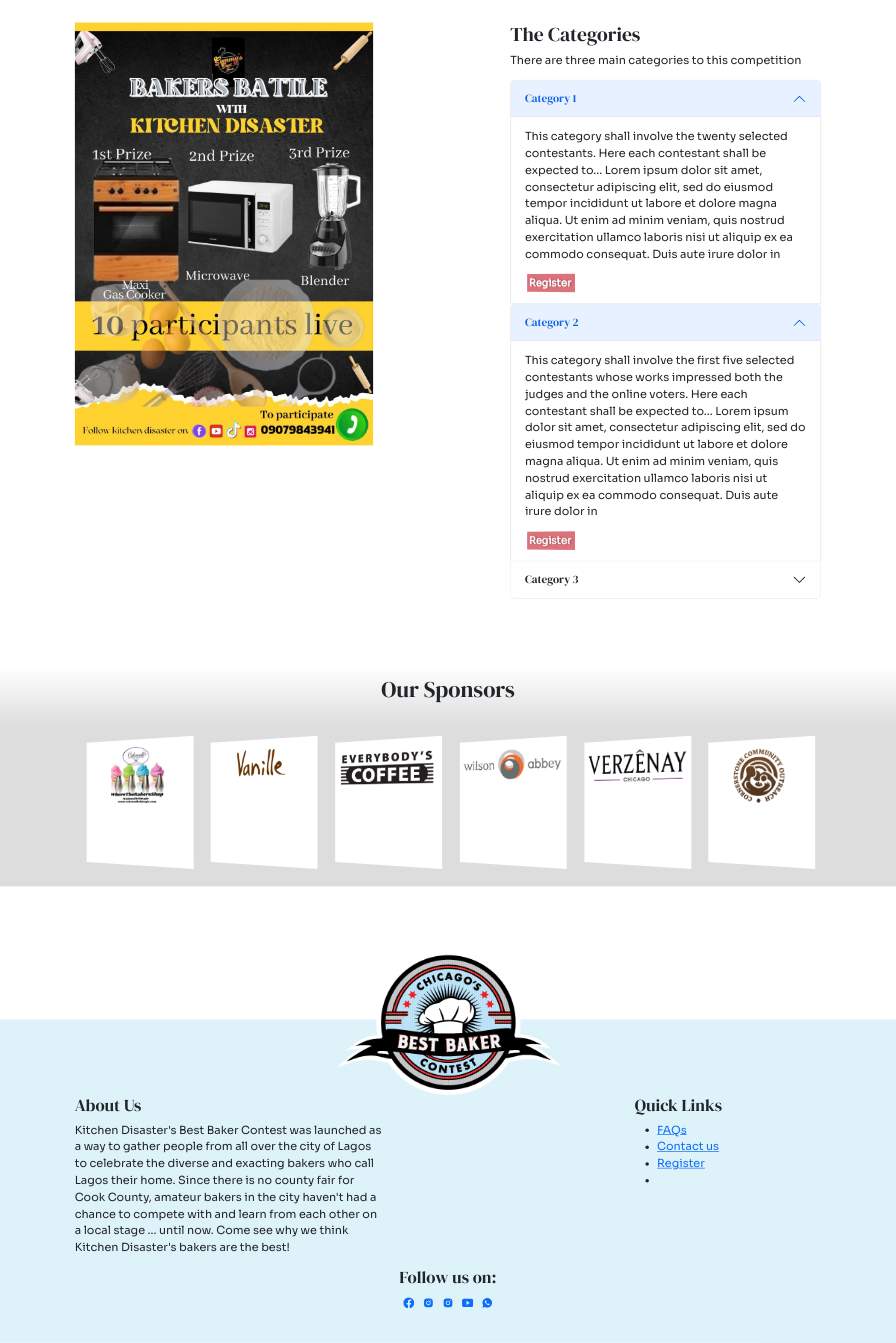
Repository: sarahnnanyelugo/bakers-battle
Page: /
An editor plug-in stored every save of this project. The page is shown before and after the next save, followed by the edit.
The browser window is 1280 px wide. The pictures show the part of the page from y = 2076 to 3996 px (the page is 3994 px tall before and 3996 px after), at 70% of full size.
The project was rebuilt for these pictures with package versions that can differ from the ones it lists, and the page was loaded fresh each time. Also part of the build but not shown: src/components/ScreenSlide/slide.scss, src/components/ScreenSlide/ScreenSlide.js.

Above is the page before, as saved 2024-07-09 20:54:09.

### src/App.js
import logo from "./logo.svg";
import "./App.scss";
import "bootstrap/dist/css/bootstrap.min.css";
import { BrowserRouter, Routes, Route, Link, Outlet } from "react-router-dom";
import { Home } from "./pages/Home/Home";
import { Navbar } from "./components/Navbar/Navbar";
import { Footer } from "./components/Footer/Footer";
function App() {
  return (
    <>
      <Navbar />
      <Routes>
        <Route path="/" element={<Home />} />{" "}
      </Routes>
      <Footer />
    </>
  );
}

export default App;

### src/App.scss
.app-btn {
  color: #fff;
  background: #dc727c;
  padding: 5px 30px;
  border-radius: 10px;
  border: solid 4px #dc727c;
  font-size: 30px;
  &:hover {
    color: #dc727c;
    background: #fff;
    transition: 0.5s ease;
  }
}

.button-92 {
  --c: #fff;

  background: linear-gradient(90deg, #0000 33%, #fff5, #0000 67%)
      var(--_p, 100%) / 300% no-repeat,
    #dc727c;

  color: #0000;
  border: none;
  transform: perspective(500px) rotateY(calc(20deg * var(--_i, -1)));
  text-shadow: calc(var(--_i, -1) * 0.08em) -0.01em 0 var(--c),
    calc(var(--_i, -1) * -0.08em) 0.01em 2px #0004;
  outline-offset: 0.1em;
  transition: 0.3s;
}

.button-92:hover,
.button-92:focus-visible {
  --_p: 0%;
  --_i: 1;
}

.button-92:active {
  text-shadow: none;
  color: var(--c);
  box-shadow: inset 0 0 9e9Q #0005;
  transition: 0s;
}

.button-92 {
  font-weight: bold;
  font-size: 2rem;
  margin: 0;
  cursor: pointer;
  padding: 0.1em 0.3em;
}

.button-48 {
  appearance: none;
  background-color: #ffffff;
  border-width: 0;
  box-sizing: border-box;
  color: #000000;
  cursor: pointer;
  display: inline-block;
  font-size: 14px;
  font-weight: 500;
  letter-spacing: 0;
  line-height: 1em;
  margin: 0;
  opacity: 1;
  outline: 0;
  padding: 1.5em 4px;
  position: relative;
  text-align: center;
  text-decoration: none;
  text-rendering: geometricprecision;
  text-transform: uppercase;
  transition: opacity 300ms cubic-bezier(0.694, 0, 0.335, 1),
    background-color 100ms cubic-bezier(0.694, 0, 0.335, 1),
    color 100ms cubic-bezier(0.694, 0, 0.335, 1);
  user-select: none;
  -webkit-user-select: none;
  touch-action: manipulation;
  vertical-align: baseline;
  white-space: nowrap;
}

.button-48:before {
  animation: opacityFallbackOut 0.5s step-end forwards;
  backface-visibility: hidden;
  background-color: #ebebeb;
  clip-path: polygon(-1% 0, 0 0, -25% 100%, -1% 100%);
  content: "";
  height: 100%;
  left: 0;
  position: absolute;
  top: 0;
  transform: translateZ(0);
  transition: clip-path 0.5s cubic-bezier(0.165, 0.84, 0.44, 1),
    -webkit-clip-path 0.5s cubic-bezier(0.165, 0.84, 0.44, 1);
  width: 100%;
}

.button-48:hover:before {
  animation: opacityFallbackIn 0s step-start forwards;
  clip-path: polygon(0 0, 101% 0, 101% 101%, 0 101%);
}

.button-48:after {
  background-color: #ffffff;
}

.button-48 span {
  z-index: 1;
  position: relative;
}
@font-face {
  font-family: SoraM;
  src: url(./assets/fonts/sora/Sora-Medium.ttf);
}
@font-face {
  font-family: SoraB;
  src: url(./assets/fonts/sora/Sora-Bold.ttf);
}
@font-face {
  font-family: SoraEB;
  src: url(./assets/fonts/sora/Sora-ExtraBold.ttf);
}
@font-face {
  font-family: SoraR;
  src: url(./assets/fonts/sora/Sora-Regular.ttf);
}
@font-face {
  font-family: SoraSB;
  src: url(./assets/fonts/sora/Sora-SemiBold.ttf);
}
@font-face {
  font-family: SoraL;
  src: url(./assets/fonts/sora/Sora-Light.ttf);
}
@font-face {
  font-family: SerifR;
  src: url(./assets/fonts/serif/DMSerifDisplay-Regular.ttf);
}
@font-face {
  font-family: SerifI;
  src: url(./assets/fonts/serif/DMSerifDisplay-Italic.ttf);
}
h1,
h2,
h3,
h4,
h5,
h6 {
  font-family: SerifR;
}

p,
li,
a,
small {
  font-family: SoraR;
}
button {
  font-family: SoraSB;
}

### src/components/Navbar/Navbar.js
import React, { useState } from "react";
import "./navbar.scss";
import Logo from "../../assets/images/logo.png";
import Flier from "../../assets/images/flier2.jpeg";
export const Navbar = () => {
  const [isOpen, setIsOpen] = useState(false);
  const [hoveredElement, setHoveredElement] = useState(null);

  const toggleMenu = () => {
    setIsOpen(!isOpen);
  };

  const handleMouseEnter = (index) => {
    setHoveredElement(index);
  };

  const handleMouseLeave = () => {
    setHoveredElement(null);
  };

  return (
    <>
      <div style={{ height: "30px", background: "#DC727C" }} />
      <div style={{ height: "10px", background: "#DEF2FA" }} />
      <main>
        <img
          className="img"
          src={Logo}
          alt="Scholar"
          width="164px"
          height="110px"
        />
        <center>
          {" "}
          <h1 style={{ color: "#7BD6F5", fontSize: "90px" }}>
            <em>BAKERS BATTLE!</em>
          </h1>
        </center>

        <input type="checkbox" id="myInput" />
        <label for="myInput" className="offset-md-11 tog">
          <span class="bar top"></span>
          <span class="bar middle"></span>
          <span class="bar bottom"></span>
        </label>

        <aside>
          <div class="aside-section aside-left col-md-4">
            <div class="aside-content">
              <img
                className="img col-md-12 offset-md-"
                src={Flier}
                alt="Scholar"
                width="100%"
              />
            </div>
          </div>
          <div class="aside-section aside-right col-md-8">
            <ul class="aside-list">
              <li>
                <a href="" class="aside-anchor">
                  HOME
                </a>
              </li>
              <li>
                <a href="" class="aside-anchor">
                  ABOUT
                </a>
              </li>
              <li>
                <a href="" class="aside-anchor">
                  FAQs
                </a>
              </li>
              <li>
                <a href="" class="aside-anchor">
                  SPONSORS
                </a>
              </li>{" "}
              <li>
                <a href="" class="aside-anchor">
                  CONTACT
                </a>
              </li>
              <li>
                <a href="" class="aside-anchor">
                  REGISTER
                </a>
              </li>
            </ul>
          </div>
        </aside>
      </main>
    </>
  );
};

### src/components/Footer/Footer.js
import React from "react";
import "./footer.scss";
import Logo from "../../assets/images/logo.png";
import { Link } from "react-router-dom";
import { FaFacebook } from "react-icons/fa";
import { AiFillInstagram } from "react-icons/ai";
import { IoLogoYoutube } from "react-icons/io";
import { IoLogoWhatsapp } from "react-icons/io";

export const Footer = () => {
  return (
    <footer>
      <center>
        <div className="col-md-3">
          <img className="img" src={Logo} alt="Scholar" width="100%" />
        </div>
      </center>{" "}
      <div className="d-flex col-md-10 offset-md-1">
        <div className="col-md-5">
          <h4>About Us</h4>
          <p>
            Kitchen Disaster's Best Baker Contest was launched as a way to
            gather people from all over the city of Lagos to celebrate the
            diverse and exacting bakers who call Lagos their home. Since there
            is no county fair for Cook County, amateur bakers in the city
            haven't had a chance to compete with and learn from each other on a
            local stage ... until now. Come see why we think Kitchen Disaster's
            bakers are the best!
          </p>
        </div>
        <div className="col-md-2 offset-md-4">
          <h4>Quick Links</h4>
          <ul>
            <li>
              <Link to={"/"}>FAQs</Link>
            </li>{" "}
            <li>
              <Link to={"/"}>Contact us</Link>
            </li>{" "}
            <li>
              <Link to={"/"}>Register</Link>
            </li>{" "}
            <li>
              <Link to={"/"}></Link>
            </li>
          </ul>
        </div>
      </div>
      <center>
        <h4>Follow us on:</h4>
        <ul className="list-inline">
          <li className="list-inline-item">
            <Link to={"/"}>
              <FaFacebook />
            </Link>
          </li>{" "}
          <li className="list-inline-item">
            <Link to={"/"}>
              <AiFillInstagram />
            </Link>
          </li>{" "}
          <li className="list-inline-item">
            <Link to={"/"}>
              <AiFillInstagram />
            </Link>
          </li>{" "}
          <li className="list-inline-item">
            <Link to={"/"}>
              <IoLogoYoutube />
            </Link>
          </li>{" "}
          <li className="list-inline-item">
            <Link to={"/"}>
              <IoLogoWhatsapp />
            </Link>
          </li>
        </ul>
      </center>
    </footer>
  );
};

### src/pages/Home/home.scss
.home-div {
  height: 700px;
  //   background: url("../../assets/images/landing.webp");
  background: url("../../assets/images/landing4.jpg");
  margin-top: -800px;
  background-size: cover;
  background-repeat: no-repeat;
  background-position: center;
}
.about-div {
  margin-top: 100px;
}

.sponsors-div {
  margin-top: 80px;
  padding-top: 30px;
  padding-bottom: 30px;
  background: rgb(255, 255, 255);
  background: linear-gradient(
    180deg,
    rgba(255, 255, 255, 1) 5%,
    rgba(221, 221, 221, 1) 31%
  );
  .sponsors {
    padding-top: 10px;
    margin-top: 45px;
    height: 180px;
    background: #fff;
    background: linear-gradient(90deg, #0000 33%, #fff5, #0000 67%)
        var(--_p, 100%) / 300% no-repeat,
      #fff;
    transform: perspective(500px) rotateY(calc(20deg * var(--_i, -1)));
    text-shadow: calc(var(--_i, -1) * 0.08em) -0.01em 0 var(--c),
      calc(var(--_i, -1) * -0.08em) 0.01em 2px #0004;
    outline-offset: 0.1em;
    &:hover {
      --_p: 0%;
      --_i: 1;
    }
  }
}

### src/components/Navbar/navbar.scss
@import url("https://fonts.googleapis.com/css?family=Montserrat");

main {
  height: 800px;
  position: relative;
  overflow: hidden;
}

.aside-section {
  top: 0;
  bottom: 0;
  position: absolute;
}

.aside-left {
  display: none;
  width: 40%;
  left: 0;
  background: #dc727c;

  -webkit-transform: translateY(-100%);
  -moz-transform: translateY(-100%);
  -ms-transform: translateY(-100%);
  -o-transform: translateY(-100%);
  transform: translateY(-100%);
  transition: transform 0.9s ease-in-out;
}

.aside-right {
  width: 100%;
  right: 0;
  background-color: #def2fa;
  -webkit-transform: translateX(100%);
  -moz-transform: translateX(100%);
  -ms-transform: translateX(100%);
  -o-transform: translateX(100%);
  transform: translateX(100%);
  transition: transform 0.9s ease-in-out;
}

.aside-list {
  list-style: none;
  padding: 0;
  margin: 0;
  margin-top: 150px;
  text-align: left;
  padding-left: 50px;
}

.aside-content {
  //   margin-top: 150px;
  padding: 0 40px;
  position: relative;
  color: white;
  text-align: center;
}

.aside-list li {
  margin-bottom: 20px;
}

.aside-anchor::after {
  content: "";
  position: absolute;
  bottom: 0;
  background-color: #ff5964;
  left: 0;
  right: 0;
  height: 6px;
  border-radius: 6px;
}

.aside-anchor::before {
  border-radius: 3px;
  content: "";
  position: absolute;
  bottom: 0;
  background-color: rgb(9, 1, 1);
  left: 0;
  height: 6px;
  z-index: 1;
  width: 50%;
  -webkit-transition: transform 0.2s ease-in-out;
  -o-transition: transform 0.2s ease-in-out;
  transition: transform 0.2s ease-in-out;
}

.aside-anchor:hover:before {
  -webkit-transform: translateX(100%);
  -moz-transform: translateX(100%);
  -ms-transform: translateX(100%);
  -o-transform: translateX(100%);
  transform: translateX(100%);
}

.aside-anchor {
  padding-bottom: 7px;
  color: rgb(14, 14, 14);
  text-decoration: none;
  font-size: 30px;
  position: relative;
  font-weight: 500;
}

input[type="checkbox"] {
  display: none;
}

input[type="checkbox"]:checked ~ aside .aside-left {
  transform: translateY(0%);
}

input[type="checkbox"]:checked ~ aside .aside-right {
  transform: translateX(0%);
}

input[type="checkbox"]:checked ~ label .bar {
  background-color: #fff;
}

input[type="checkbox"]:checked ~ label .top {
  -webkit-transform: translateY(0px) rotateZ(45deg);
  -moz-transform: translateY(0px) rotateZ(45deg);
  -ms-transform: translateY(0px) rotateZ(45deg);
  -o-transform: translateY(0px) rotateZ(45deg);
  transform: translateY(0px) rotateZ(45deg);
}

input[type="checkbox"]:checked ~ label .bottom {
  -webkit-transform: translateY(-15px) rotateZ(-45deg);
  -moz-transform: translateY(-15px) rotateZ(-45deg);
  -ms-transform: translateY(-15px) rotateZ(-45deg);
  -o-transform: translateY(-15px) rotateZ(-45deg);
  transform: translateY(-15px) rotateZ(-45deg);
}

input[type="checkbox"]:checked ~ label .middle {
  width: 0;
}

.middle {
  margin: 0 auto;
}

label {
  top: 40px;
  display: inline-block;
  padding: 10px 10px;
  background-color: transparent;
  cursor: pointer;
  margin: 10px;
  z-index: 3;
  position: fixed;
}

.bar {
  display: block;
  background-color: #fff;
  width: 30px;
  height: 3px;
  border-radius: 5px;
  margin: 5px auto;
  transition: background-color 0.4s ease-in, transform 0.4s ease-in,
    width 0.4s ease-in;
}

@media (min-width: 992px) {
  h1 {
    font-size: 40px;
  }
  .aside-left {
    display: block;
  }

  .aside-right {
    width: 60%;
  }
}
.tog {
  height: 50px;
  width: 50px;
  border: solid 1px #be3520;
  background: #be3520;
  border-radius: 50%;
}

### src/components/Footer/footer.scss
footer {
  background: #def2fa;
  //   padding-top: 30px;
  padding-bottom: 30px;
  margin-top: 190px;
  img {
    margin-top: -100px;
  }
}

Loaded but not shown: public/index.html (common file); src/index.js (common file); src/index.css (common file); src/reportWebVitals.js (common file); src/pages/Home/Home.js (291 lines, source omitted)

After the next save:
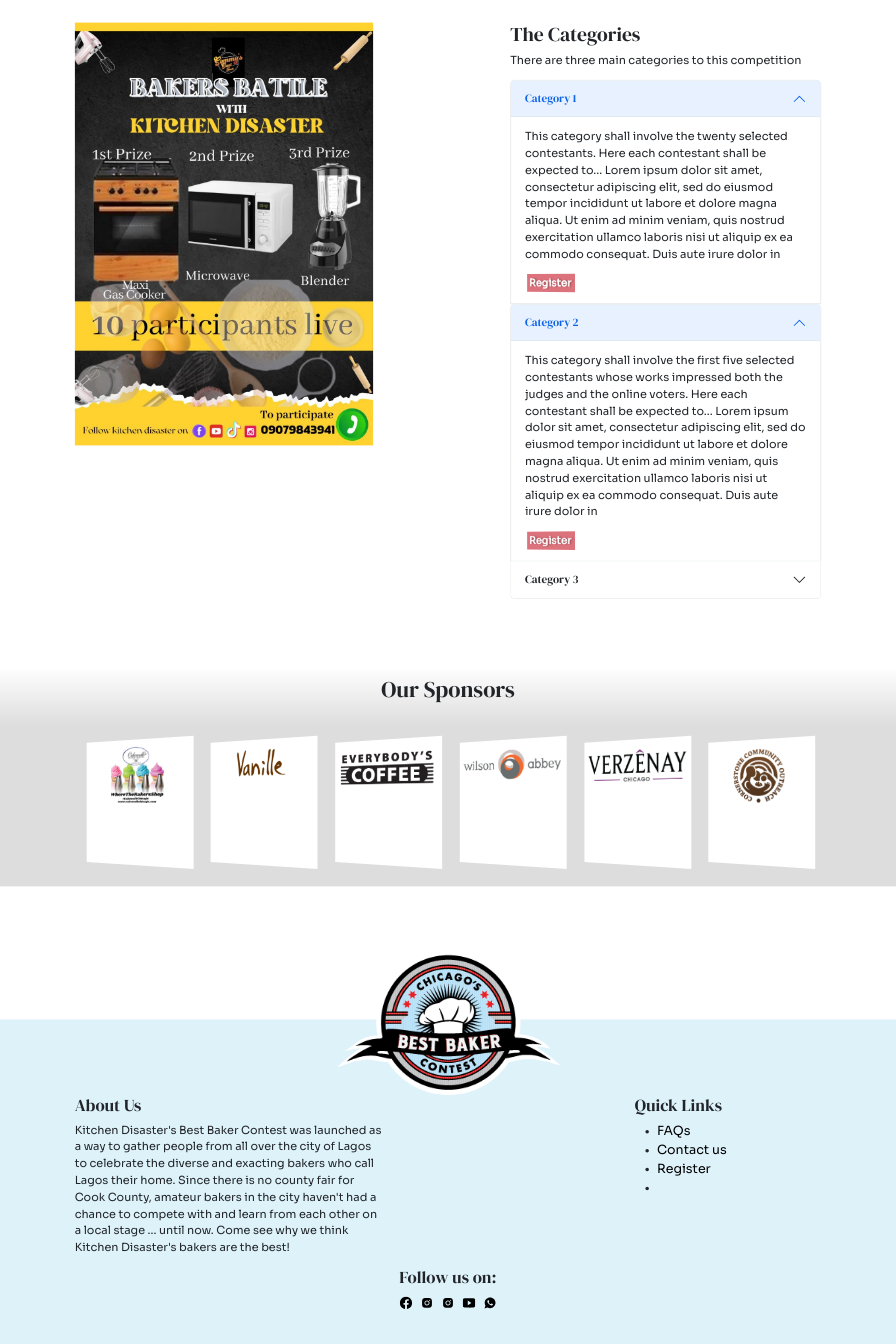
Saved 55 s later.
--- a/src/components/Footer/footer.scss
+++ b/src/components/Footer/footer.scss
@@ -6,4 +6,9 @@
   img {
     margin-top: -100px;
   }
+  a {
+    color: #000;
+    text-decoration: none;
+    font-size: 18px;
+  }
 }
